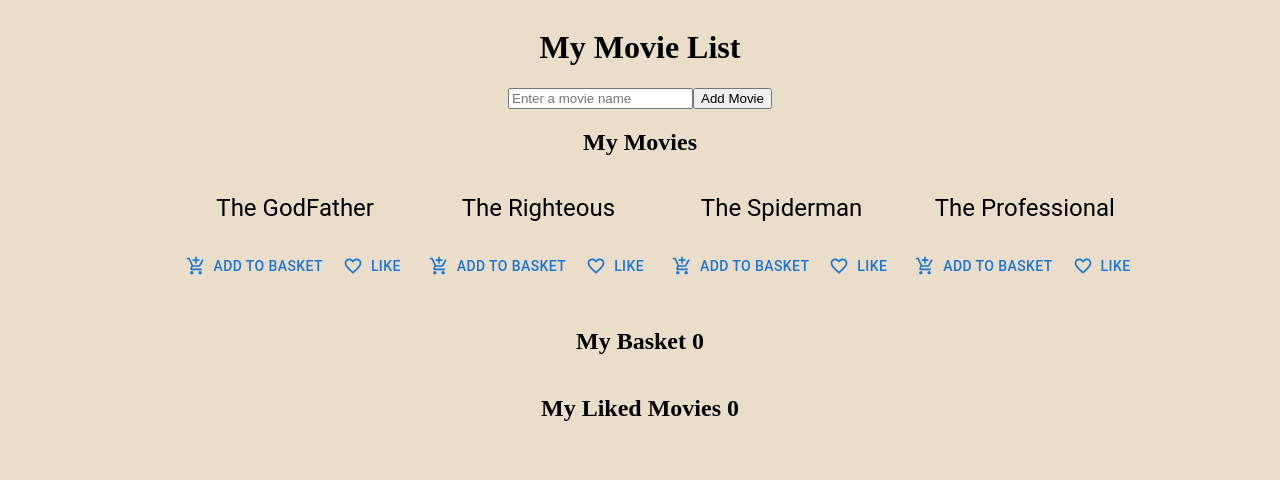
Repository: sinchana-p-iVoyant/redux-movie-store
Page: /
An editor plug-in stored every save of this project. The page is shown before and after the next save, followed by the edit.
The browser window is 1280 px wide. The pictures show the whole page.
The project was rebuilt for these pictures with package versions that can differ from the ones it lists, and the page was loaded fresh each time. Also part of the build but not shown: vite.config.ts.

Above is the page before, as saved 2024-02-15 12:21:43.

### index.html
<!doctype html>
<html lang="en">
  <head>
    <meta charset="UTF-8" />
    <link rel="icon" type="image/svg+xml" href="/vite.svg" />
    <meta name="viewport" content="width=device-width, initial-scale=1.0" />
    <title>Redux Movie Store</title>
  </head>
  <body>
    <div id="root"></div>
    <script type="module" src="/src/main.tsx"></script>
  </body>
</html>

### src/main.tsx
import React from 'react'
import ReactDOM from 'react-dom/client'
import App from './App.tsx'
// import './index.css'
import store from './store/index';
import { Provider } from 'react-redux'


ReactDOM.createRoot(document.getElementById('root')!).render(
  <React.StrictMode>
    <Provider store={store}>
      <App />
    </Provider>
  </React.StrictMode>,
)

### src/App.tsx
import { useState } from "react";
// import './App.css'
import { useSelector, useDispatch } from "react-redux";
import {Movie} from './store/index'
import {Card, CardComponent, CardActions, Button, Typography, CardContent} from '@mui/material'
import { Favorite, FavoriteBorder, AddShoppingCart, RemoveShoppingCart } from "@mui/icons-material";
import './App.css'

const App = () => {
  const [movieTitle, setMovieTitle] = useState("");

  // 🔥 a. To Trigger from UI.
  const dispatch = useDispatch();

  // 🔥 b. To update the UI, based on state updates in the store.

  // movies state (array)
  // const movies = useSelector(state => state.movies)
  // ------> return value: state.movies

  // Note:
  // The function passed to `useSelector` selects a slice of the state that we are interested in.
  // The function parameter specifies the `structure` of the Redux state object.
  // It's `type` annotated in TypeScript to ensure the type safety.
  // specifying the structure of the Redux state object using TypeScript type annotations enhances code quality, readability, and maintainability while providing additional safety checks and tooling support during development.

  const movies = useSelector(
    (state : {
      movies: { title: string; liked: boolean; inBasket: boolean }[];
    }) => state.movies
  );

  // const basket = useSelector((state) => state.basket);
  const basket = useSelector((state: { basket: string[] }) => state.basket);

  // const likedMovies = useSelector((state) => state.likedMovies);
  const likedMovies = useSelector((state: { likedMovies: string[] }) => state.likedMovies);


  // 4. Action Creator
  const handleAddMovie = () => {
    const newMovie = {
      title: movieTitle,
      inBasket: false,
      liked: false
    }
    dispatch({ type: "ADD_MOVIE", payload: newMovie });
    setMovieTitle(""); // Reset back to Empty String
  };

  const handleAddToBasket = (movie: string) => {
    dispatch({ type: "ADD_TO_BASKET", payload: movie });
  };
  const handleAddToLikedMovies = (movie: string) => {
    dispatch({ type: "ADD_TO_LIKED_MOVIE", payload: movie });
  };

  return (
    <div className="container">
      <div>
        <h1>My Movie List</h1>
      </div>
      <div className="add-movie">
        <input
          type="text"
          placeholder="Enter a movie name"
          value={movieTitle}
          onChange={(e) => setMovieTitle(e.target.value)}
        />
        <button onClick={handleAddMovie}>Add Movie</button>
      </div>
      <div>
        <h2>My Movies</h2>
        <ul className="movie-list">
          {movies.map((movie: Movie, index) => (
            <Card key={index} class>
              <CardContent>
                <Typography variant="h5" component='h2'>
                  {movie.title}
                </Typography>
              </CardContent>

              <CardActions>
                <Button
                  startIcon={movie.inBasket ? <RemoveShoppingCart /> : <AddShoppingCart />}
                  onClick={() => handleAddToBasket(movie.title)}>
                  {movie.inBasket ? "Remove From Basket" : "Add To Basket"}
                </Button>
                <Button
                  startIcon={movie.liked ? <Favorite /> : <FavoriteBorder />}
                  onClick={() => handleAddToLikedMovies(movie.title)}>
                  {movie.liked ? "Dislike" : "Like"}
                </Button>
              </CardActions>

            </Card>
          ))}
        </ul>
      </div>
      <div>
        <h2>My Basket {basket.length}</h2>
        <ul>
          {basket.map((basket, index) => (
            <li key={index}>{basket}</li>
          ))}
        </ul>
      </div>
      <div>
        <h2>My Liked Movies {likedMovies.length}</h2>
        <ul>
          {likedMovies.map((likedMovie, index) => (
            <li key={index}>{likedMovie}</li>
          ))}
        </ul>
      </div>
    </div>
  );
};

export default App;

// 1. Save the new movie in the local state.
// 2. Add the new movie in local state to the Store.
// 3. Fetch the movies array, from the store

// 3. a. To display in - My Basket & My Liked Movies

### src/store/index.tsx
import { createStore } from "redux";

export type Movie = {
    title: string,
    inBasket: boolean,
    liked: boolean
}

export type State = {
    movies: Movie[],
    basket: string[],
    likedMovies: string[]
}

type Action =
  | { type: "ADD_MOVIE"; payload: Movie } |
    { type: 'ADD_TO_BASKET', payload: string } |
    { type: "ADD_TO_LIKED_MOVIE", payload: string };

// InitialState
const initialState: State = {
    movies: [
      {title: 'The GodFather', inBasket: false, liked: false},
      {title: 'The Righteous', inBasket: false, liked: false},
      {title: 'The Spiderman', inBasket: false, liked: false},
      {title: 'The Professional', inBasket: false, liked: false},
    ],
    basket: [],
    likedMovies: []
}

// Reducers - Make Immutable Updates
const reducer = (state: State = initialState, action: Action): State => {
  switch (action.type) {
    case 'ADD_MOVIE':
      return {
        ...state,
        movies: [...state.movies, action.payload]
      }
    case 'ADD_TO_BASKET':
      return {
        ...state,
          movies: state.movies.map(movie => movie.title === action.payload ? {...movie, inBasket: !movie.inBasket } : movie),
        basket: state.basket.includes(action.payload) ? state.basket.filter(movie => movie !== action.payload) : [...state.basket, action.payload]
      }
    case 'ADD_TO_LIKED_MOVIE':
      return {
        ...state,
        movies: state.movies.map(movie => movie.title === action.payload ? {...movie, liked: !movie.liked} : movie) ,
        likedMovies: state.likedMovies.includes(action.payload) ? state.likedMovies.filter(movie => movie !== action.payload) :  [...state.likedMovies, action.payload]
      }
    default:
      return state
  }
}

// Store
const store = createStore(reducer)
export default store

// 1. State
// 2. Reducer
// 3. Store

### src/App.css
body {
  background-color: #EADDCA;
}

h1, h2{
  text-align: center;
}

.container {
  display: flex;
  flex-direction: column;
  align-items: center;
  justify-content: center;
}

.movie-list {
  display: flex;
  flex-wrap: wrap;
  justify-content: center;
}

.movie-card {
  width: 250px;
  margin: 10px;
}

.card-content {
  padding: 16px;
}

.card-actions {
  display: flex;
  justify-content: space-between;
}


















/* #root {
  max-width: 1280px;
  margin: 0 auto;
  padding: 2rem;
  text-align: center;
} */

/*
.logo {
  height: 6em;
  padding: 1.5em;
  will-change: filter;
  transition: filter 300ms;
}
.logo:hover {
  filter: drop-shadow(0 0 2em #646cffaa);
}
.logo.react:hover {
  filter: drop-shadow(0 0 2em #61dafbaa);
}

@keyframes logo-spin {
  from {
    transform: rotate(0deg);
  }
  to {
    transform: rotate(360deg);
  }
}

@media (prefers-reduced-motion: no-preference) {
  a:nth-of-type(2) .logo {
    animation: logo-spin infinite 20s linear;
  }
}

.card {
  padding: 2em;
}

.read-the-docs {
  color: #888;
} */

/* ------------------------- */

After the next save:
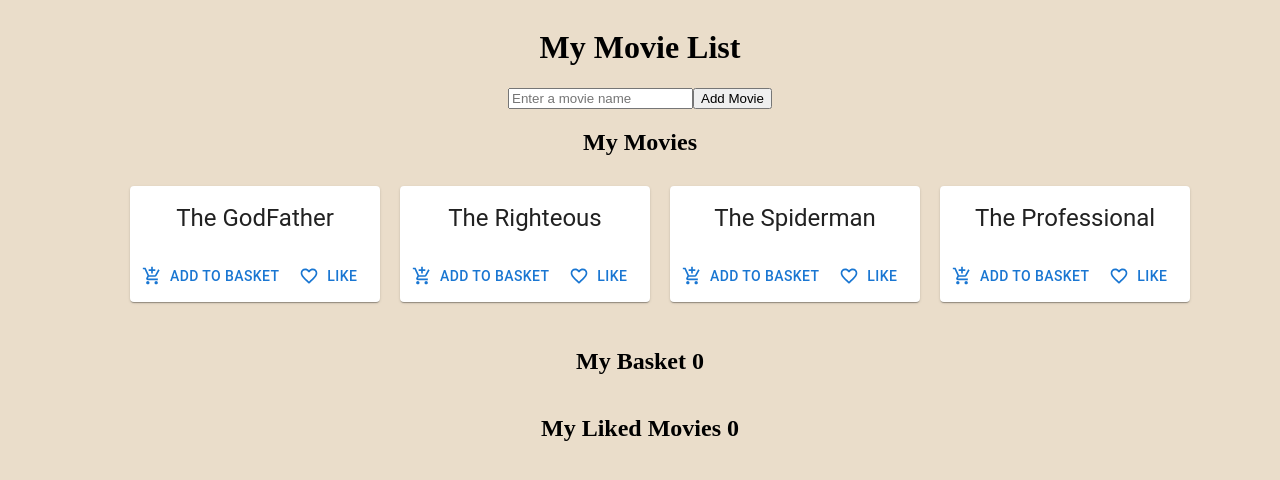
Saved 5 s later.
--- a/src/App.tsx
+++ b/src/App.tsx
@@ -73,7 +73,7 @@ const App = () => {
         <h2>My Movies</h2>
         <ul className="movie-list">
           {movies.map((movie: Movie, index) => (
-            <Card key={index} class>
+            <Card key={index} className="movie-card">
               <CardContent>
                 <Typography variant="h5" component='h2'>
                   {movie.title}
